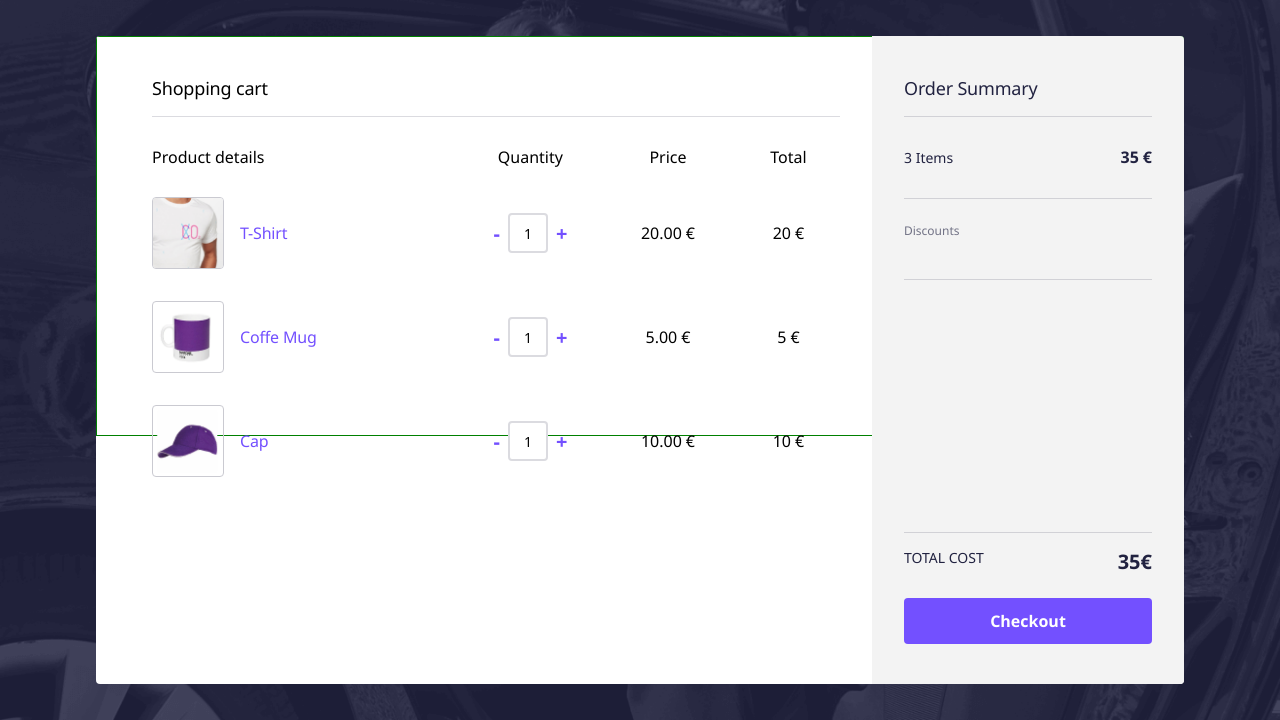
Repository: banchiec/challengecbfy
Page: /
The author's editor kept a copy of each file at every save. The page is drawn from the files as they stood at one save, then again after the next save.
The browser window is 1280 px wide. The pictures show the whole page.
Some web fonts or font styles are not loaded; a fallback is used. The project was rebuilt for these pictures with package versions that can differ from the ones it lists, and the page was loaded fresh each time. Also part of the build but not shown: craco.config.js.

Above is the page before, as saved 2021-12-11 01:16:58.

### src/index.js
import './index.css';
import App from './App';
import Checkout from './helpers/checkout'
// here a service should be called to obtain the api data
import { products } from './data/data'

import discounts from './helpers/discounts';

const purchase = new Checkout(products, discounts)
purchase.init()
App(purchase)

### src/index.css
@tailwind base;
@tailwind components;
@tailwind utilities;

body {
  margin: 0;
  font-family: -apple-system, BlinkMacSystemFont, 'Segoe UI', 'Roboto', 'Oxygen',
    'Ubuntu', 'Cantarell', 'Fira Sans', 'Droid Sans', 'Helvetica Neue',
    sans-serif;
  -webkit-font-smoothing: antialiased;
  -moz-osx-font-smoothing: grayscale;
}

code {
  font-family: source-code-pro, Menlo, Monaco, Consolas, 'Courier New',
    monospace;
}

@font-face {
  font-family: 'Avenir';
  src:local('Avenir'), url(./assets/fonts/Avenir-Black.woff) format('woff');
}

### src/App.js
import { render } from 'react-dom';
import Main from './components/main/Main'
import './App.css';

function App(purchase) {
  render(<Main purchase={purchase} />, document.getElementById('root'))
}

export default App;

### src/helpers/checkout.js
export default class Checkout {
    constructor(price, discounts = []) {
        this.price = price.reduce((acc, good) => ({ ...acc, [good.code]: good }), {})
        this.discounts = discounts
        this.cartItems = []
    }
    init() {
        this.scan('TSHIRT')
        this.scan('MUG')
        this.scan('CAP')
    }
    scan(code, argument = 1) {
        const currentCartItem = this.cartItems.find((item) => item.code === code);
        if (currentCartItem) {
            switch (argument) {
                case 1:
                    currentCartItem.count += 1;
                    break;
                case -1:
                    currentCartItem.count -= 1;
                    if (currentCartItem.count === 0) {
                        this.cartItems = this.cartItems.filter((item) => item.code !== code);
                    }
                    break;
                default:
                    currentCartItem.count = argument;
                    break;
            }
            return this;
        }
        const currentPriceItem = this.price[code];
        // console.log(this.price)
        if (currentPriceItem) {
            switch (argument) {
                case 1:
                    this.cartItems.push({ ...currentPriceItem, count: 1 });
                    break;
                case -1:
                    break;
                default:
                    this.cartItems.push({ ...currentPriceItem, count: argument });
            }
            return this;
        }
        return new Error(`product with code ${code} has not been found`);


    }
    get actualDiscounts() {
        return this.discounts.reduce(
            (acc, discount) => {
                const res = discount.check(this.items);
                if (res) return [...acc, res];
                return acc;
            }, [],
        );
    }
    get items() {
        return this.cartItems
    }

    get totalDiscount() {
        return this.actualDiscounts.reduce((acc, { discountAmount }) => acc + discountAmount, 0);
    }
    cost(code) {
        const currentCartItem = this.cartItems.find((item) => item.code === code);
        if (currentCartItem) {
            return currentCartItem.count * currentCartItem.price;
        }
        return null;
    }

    preCalc() {
        return ({
            countItems: this.cartItems.reduce((acc, item) => acc + item.count, 0),
            summaryCost: this.cartItems.reduce((acc, item) => acc + (item.count * item.price), 0),
            actualDiscounts: this.actualDiscounts,
        });
    }

    // method total will return total cost as number
    total() {
        return this.cartItems.reduce(
            (acc, item) => acc + (item.count * item.price),
            0,
        ) - this.totalDiscount;
    }
}

### src/data/data.js
import shirt from '../assets/images/shirt.png'
import mug from '../assets/images/mug.png'
import cap from '../assets/images/cap.png'
export const products = [
    {
        id: '1',
        code: 'TSHIRT',
        name: 'T-Shirt',
        price: '20.00',
        image: shirt
    },
    {
        id: '3',
        code: 'MUG',
        name: 'Coffe Mug',
        price: '5.00',
        image: mug

    },
    {
        id: '4',
        code: 'CAP',
        name: 'Cap',
        price: '10.00',
        image: cap

    }
]

### src/helpers/discounts.js
const discounts = [
    {
        name: '2-for-1-Mug',
        check: (products) => {
            const currentProduct = products.find((product) => product.code === 'MUG')
            if (currentProduct && currentProduct.count > 1) {
                return ({
                    name: '2x1 Mug offer',
                    discountAmount: Math.trunc(currentProduct.count / 2) * currentProduct.price
                })
            }
            return null
        }
    },
    {
        name: 'bulk-discount-shirt',
        check: (products) => {
            const currentProduct = products.find((product) => product.code === 'TSHIRT')
            if (currentProduct && currentProduct.count >= 3) {
                return ({
                    name: 'x3-Shirt-offer',
                    discountAmount: (currentProduct.price / 100) * 5 * currentProduct.count
                })
            }
            return null
        }
    }
]

export default discounts

### src/components/main/Main.js
import { useState } from "react"
import OrderSummery from "../OrderSummery/OrderSummery"
import { ShoppingCart } from "../shoppingCart/ShoppingCart"

export default function Main(props) {
    const { purchase } = props
    const [items, setItems] = useState(purchase.items)

    const initStateSum = purchase.preCalc()
    const initTotalCost = purchase.total()

    const [summary, setSummary] = useState({
        ...initStateSum,
        totalCost: initTotalCost
    })

    const scan = (code) => (op) => (e) => {
        switch (op) {
            case 'dec':
                purchase.scan(code, -1);
                break;
            case 'set':
                purchase.scan(code, Number(e.target.value));
                console.log(e.target.value)
                break;
            case 'inc':
                purchase.scan(code, 1);
                break;
            default:
                // unknown operation
                break;
        }
        // set new cart items list for react
        setItems([...purchase.items]);
        const newSums = purchase.preCalc();
        const newTotalCost = purchase.total();
        setSummary({
            ...newSums,
            totalCost: newTotalCost,
        });

    }
    const cost = (code) => purchase.cost(code)

    return (
        <main className="App">
            <ShoppingCart items={items} scan={scan} cost={cost} />
            <OrderSummery summary={summary} />
        </main>
    )
}

### src/App.css
* {
  box-sizing: border-box;
  outline: none;
}

html,
body,
div,
span,
applet,
object,
iframe,
h1,
h2,
h3,
h4,
h5,
h6,
p,
blockquote,
pre,
a,
abbr,
acronym,
address,
big,
button,
cite,
code,
del,
dfn,
em,
img,
ins,
kbd,
q,
s,
samp,
small,
strike,
strong,
sub,
sup,
tt,
var,
b,
u,
i,
center,
dl,
dt,
dd,
ol,
ul,
li,
fieldset,
form,
label,
legend,
table,
caption,
tbody,
tfoot,
thead,
tr,
th,
td,
article,
aside,
canvas,
details,
embed,
figure,
figcaption,
footer,
header,
hgroup,
menu,
nav,
output,
ruby,
section,
summary,
time,
mark,
audio,
video {
  margin: 0;
  padding: 0;
  border: 0;
  vertical-align: baseline;
  font: 100%;
}

/* HTML5 display-role reset for older browsers */
article,
aside,
details,
figcaption,
figure,
footer,
header,
hgroup,
menu,
nav,
section {
  display: block;
}

body {
  -webkit-font-smoothing: antialiased;
  -moz-osx-font-smoothing: grayscale;
  line-height: 1;
}

ol,
ul {
  list-style: none;
}

blockquote,
q {
  quotes: none;
}

a {
  cursor: pointer;
}

blockquote:before,
blockquote:after,
q:before,
q:after {
  content: none;
}

table {
  border-spacing: 0;
  border-collapse: collapse;
}

a {
  text-decoration: none;
}

input:not([type="checkbox"]):not([type="radio"]),
textarea {
  appearance: none;
}

input[type="number"]::-webkit-outer-spin-button,
input[type="number"]::-webkit-inner-spin-button {
  margin: 0;
  appearance: none;
}

input[type="number"] {
  appearance: textfield;
}

input::-ms-clear {
  display: none;
}

select::-ms-expand {
  display: none;
}

textarea {
  overflow: auto;
  vertical-align: top;
}

input::placeholder {
  opacity: 1;
}

h1.main {
  padding-bottom: 16px;
  border-bottom: 1px solid rgba(33, 34, 64, 0.16);
}

.wrapper.border,
.wrapper-half.border {
  border-bottom: 1px solid rgba(33, 34, 64, 0.16);
}

h2,
.products-list li.products-list-title {
  color: #a6a7b3;
  letter-spacing: 1px;
  font-size: 10px;
  line-height: 16px;
}

h2,
.product-code {
  font-size: 12px;
  line-height: 16px;
}

.product-quantity,
.summary input,
.summary ul li,
.summary-total-cost {
  font-size: 14px;
  line-height: 17px;
}

.product h1 {
  font-size: 16px;
  line-height: 24px;
}

.products button.count,
.summary-total-price {
  font-size: 20px;
  line-height: 25px;
}

h2 {
  color: #717285;
  letter-spacing: 0;
  font-weight: 300;
}

h2 + * {
  margin-top: 16px;
}

body {
  margin: 0;
  padding: 0;
  height: 100vh;
  background-image: url("./assets/images/background.png");
  background-color: #212240;
  background-position: top left;
  background-size: cover;
  font-family: Avenir, "Avenir Next", "Segoe UI", sans-serif;
  font-weight: regular;
}

.App {
  position: fixed;
  top: 50%;
  left: 50%;
  display: flex;
  overflow-x: hidden;
  overflow-y: auto;
  max-width: 1088px;
  max-height: 648px;
  width: calc(100% - 64px);
  height: calc(100% - 64px);
  border-radius: 4px;
  background-color: #ffffff;
  transform: translate(-50%, -50%);
}

h1 {
  position: relative;
  letter-spacing: -0.18px;
  font-size: 18px;
  line-height: 24px;
}

.wrapper {
  padding: 32px 0;
}

.wrapper-half {
  padding: 24px 0;
}

.tableHead {
  padding: 32px 0;
}

.row {
  position: relative;
  display: flex;
  flex-flow: row nowrap;
  justify-content: space-between;
}

.row + .row {
  margin-top: 32px;
}

[class*="col-"] {
  display: flex;
  align-items: center;
}

[class*="col-"]:nth-child(n + 2) {
  justify-content: center;
}

.col-product {
  width: 45%;
}

.col-quantity {
  width: 20%;
}

.col-price {
  width: 20%;
}

.col-total {
  width: 15%;
}

input {
  width: 100%;
  height: 48px;
  border-radius: 4px;
}

.currency {
  margin-left: 4px;
}

.products {
  padding: 40px 32px 40px 56px;
}

.products button.count {
  padding: 0 8px;
  height: 40px;
  border: none;
  background: transparent;
  color: #7350ff;
  font-weight: bold;
  cursor: pointer;
}

.products {
  flex: 1;
}

.products-list {
  position: relative;
  width: 100%;
}

.product-image {
  display: flex;
  align-items: center;
  flex-flow: row nowrap;
}

.product-image img {
  margin-right: 16px;
  width: 72px;
  height: 72px;
  border: 1px solid #cacad1;
  border-radius: 4px;
}

.product-code {
  border-radius: 4px;
  color: #a6a7b3;
  letter-spacing: 0.13px;
  font-weight: 400;
}

.product-quantity {
  width: 40px;
  height: 40px;
  border: 2px solid #dbdbe0;
  border-radius: 4px;
  text-align: center;
}

.product-price {
  color: #000000;
  font-size: 16px;
}

.product .clear {
  border: none;
  background: transparent;
}

.product .clear span {
  position: relative;
  display: block;
  width: 16px;
  height: 16px;
}

.product .clear span:before,
.product .clear span:after {
  content: "";
  position: absolute;
  top: 8px;
  left: 2px;
  display: block;
  width: 12px;
  height: 2px;
  border-radius: 8px;
  background-color: #a6a7b3;
  transform: rotate(-45deg);
  transform-origin: center center;
}

.product .clear span:before {
  transform: rotate(45deg);
}

.product h1 {
  color: #7350ff;
}

.summary {
  display: flex;
  flex-flow: column wrap;
  padding: 40px 32px;
  width: 312px;
  background-color: #f3f3f3;
  color: #212240;
}

.summary > * {
  width: 100%;
}

.summary-items-price {
  font-size: 16px;
  font-weight: bold;
}

.summary input {
  margin: 8px auto;
  color: #a6a7b3;
  text-indent: 16px;
  text-transform: uppercase;
}

.summary input::placeholder {
  color: #a6a7b3;
  text-transform: lowercase;
}

.summary ul li {
  display: flex;
  justify-content: space-between;
}

.summary ul li > *:nth-child(2) {
  font-weight: bold;
}

.summary ul li + li {
  margin-top: 20px;
}

.summary-total {
  align-self: flex-end;
  margin-top: auto;
  padding-top: 16px;
  padding-bottom: 0;
  border-top: 1px solid rgba(33, 34, 64, 0.16);
  color: #212240;
}

.summary-total-cost {
  flex-basis: 100%;
  text-transform: uppercase;
}

.summary-total-price {
  font-weight: bold;
}

.summary button[type="submit"] {
  margin-top: 24px;
  padding-top: 16px;
  padding-bottom: 16px;
  width: 100%;
  border-radius: 4px;
  background: #7350ff;
  color: #ffffff;
  font-size: 16px;
  font-weight: bold;
  line-height: 14px;
  cursor: pointer;
}

/* MODAL */
.modal {
  position: absolute ;
  width: 1088px;
  height: 400px;
  z-index: -1;
  /* left: 176px; */
  /* top: 126px; */
  border: 1px solid green;
}
.content {
  position: absolute;
  width: 248px;
  height: 358px;
  left: 984px;
  top: 270px;
}
.background {
  position: absolute;
  width: 1440px;
  height: 904px;
  left: 0px;
  top: -2px;
}

### src/components/OrderSummery/OrderSummery.js
import React from 'react';
import { uniqueId } from 'lodash';

function OrderSummery(props) {
    const {
        summary: {
            countItems, summaryCost, actualDiscounts, totalCost,
        },
    } = props;
    return (
        <aside className="summary">
            <h1 className="main">Order Summary</h1>
            <ul className="summary-items wrapper border">
                <li>
                    <span className="summary-items-number">
                        {countItems || 0}
                        {' '}
                        Items
                    </span>
                    <span className="summary-items-price">
                        {summaryCost || 0}
                        <span className="currency">
                            €
                        </span>
                    </span>
                </li>
            </ul>
            <div className="summary-discounts wrapper-half border">
                <h2>Discounts</h2>
                {actualDiscounts && (
                    <ul>
                        {actualDiscounts.map((disc) => (
                            <li key={uniqueId()}>
                                <span>{disc.name}</span>
                                <span>
                                    -
                                    {disc.discountAmount}
                                    {' '}
                                    €
                                </span>
                            </li>
                        ))}
                    </ul>
                )}
            </div>
            <div className="summary-total wrapper">
                <ul>
                    <li>
                        <span className="summary-total-cost">
                            Total cost
                        </span>
                        <span className="summary-total-price">
                            {totalCost || 0}
                            €
                        </span>
                    </li>
                </ul>
                <button type="submit">Checkout</button>
            </div>
        </aside>
    );
}

export default OrderSummery;

### src/components/shoppingCart/ShoppingCart.js
import { uniqueId } from 'lodash'
import { CartString } from '../CartString/CartString'

export const ShoppingCart = (props) => {
    // console.log(props)
    const { items, scan, cost } = props


    const setDetails = (e) => {
        console.log(e)

    }

    return (
        <>
            <div className="modal">
                <div className="content"></div>
            </div>
            <section className="products">
                <h1 className="main">Shopping cart</h1>
                <ul className="product-list tableHead">
                    <li className="products-list-title row">
                        <div className="col-product">Product details</div>
                        <div className="col-quantity">Quantity</div>
                        <div className="col-price">Price</div>
                        <div className="col-total">Total</div>
                    </li>
                </ul>
                <ul className="products-list">
                    {items.map((item) => (
                        <CartString
                            content={item}
                            scan={scan(item.code)}
                            cost={cost(item.code)}
                            key={uniqueId()}
                            onClick={setDetails}
                        />
                    ))}
                </ul>
            </section>
        </>
    )
}

### src/components/CartString/CartString.js
import { useState } from 'react'
// import DetailsModal from "../DetailsModal/DetailsModal"

export const CartString = (props) => {
    const [show, setShow] = useState(false)
    const {
        content: {
            productCode,
            name,
            count,
            image,
            price
        },
        scan,
        cost,
    } = props

    const setDetails = (e) => {
        console.log(productCode)
        console.log(name)
        console.log(count)
        console.log(image)
    }

    return (
        <>
            {/* <div className="modal">
                <div className="content"></div>
            </div> */}
            <li className="product row" onClick={setDetails}>
                <div className="col-product">
                    <figure className="product-image">
                        <img src={image} alt={image} />
                        <div className="product-description">
                            <h1 className="product-description-details">{name}</h1>
                            <p className="product-code">{productCode}</p>
                        </div>
                    </figure>
                </div>
                <div className="col-quantity">
                    <button type="button" className="count" onClick={scan('dec')}>
                        -
                    </button>
                    <input type="text" className="product-quantity" value={count} onChange={scan('set')} />
                    <button type="button" className="count" onClick={scan('inc')}>
                        +
                    </button>
                </div>
                <div className="col-price">
                    <span className="product-price">
                        {price}
                    </span>
                    <span className="product-currency currency">€</span>
                </div>
                <div className="col-total">
                    <span className="product-price">{cost}</span>
                    <span className="product-currency currency">€</span>
                </div>
            </li>
        </>
    )
}

Loaded but not shown: public/index.html (common file); tailwind.config.js (common file)

After the next save:
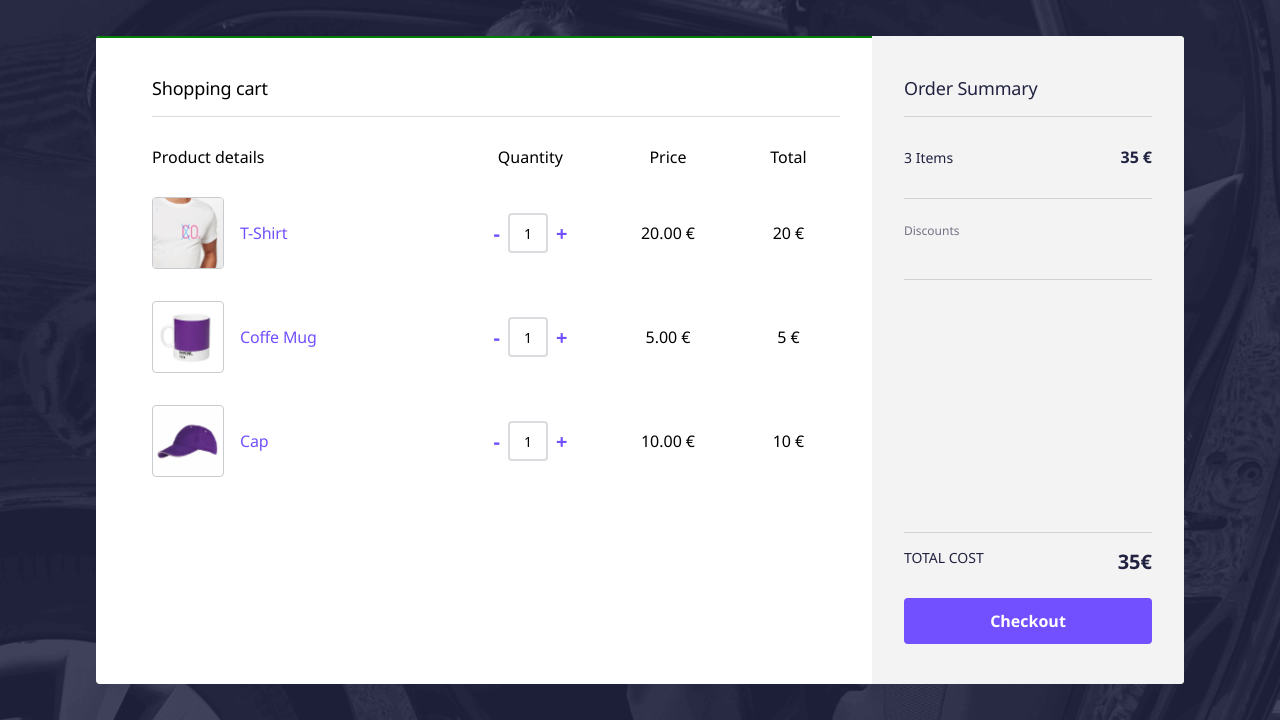
Saved 19 s later.
--- a/src/App.css
+++ b/src/App.css
@@ -492,7 +492,7 @@
 .modal {
   position: absolute ;
   width: 1088px;
-  height: 400px;
+  /* height: 400px; */
   z-index: -1;
   /* left: 176px; */
   /* top: 126px; */

After the save that followed:
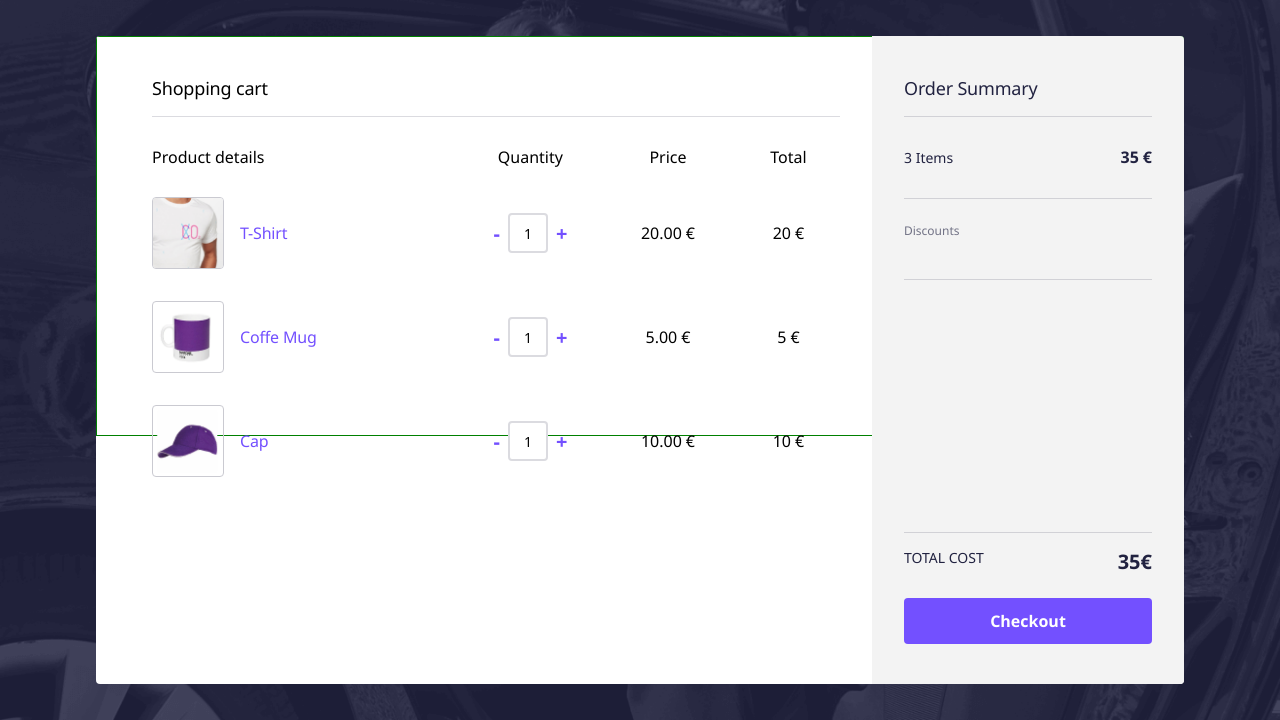
Saved 10 s later.
--- a/src/App.css
+++ b/src/App.css
@@ -492,7 +492,7 @@
 .modal {
   position: absolute ;
   width: 1088px;
-  /* height: 400px; */
+  height: 400px;
   z-index: -1;
   /* left: 176px; */
   /* top: 126px; */
